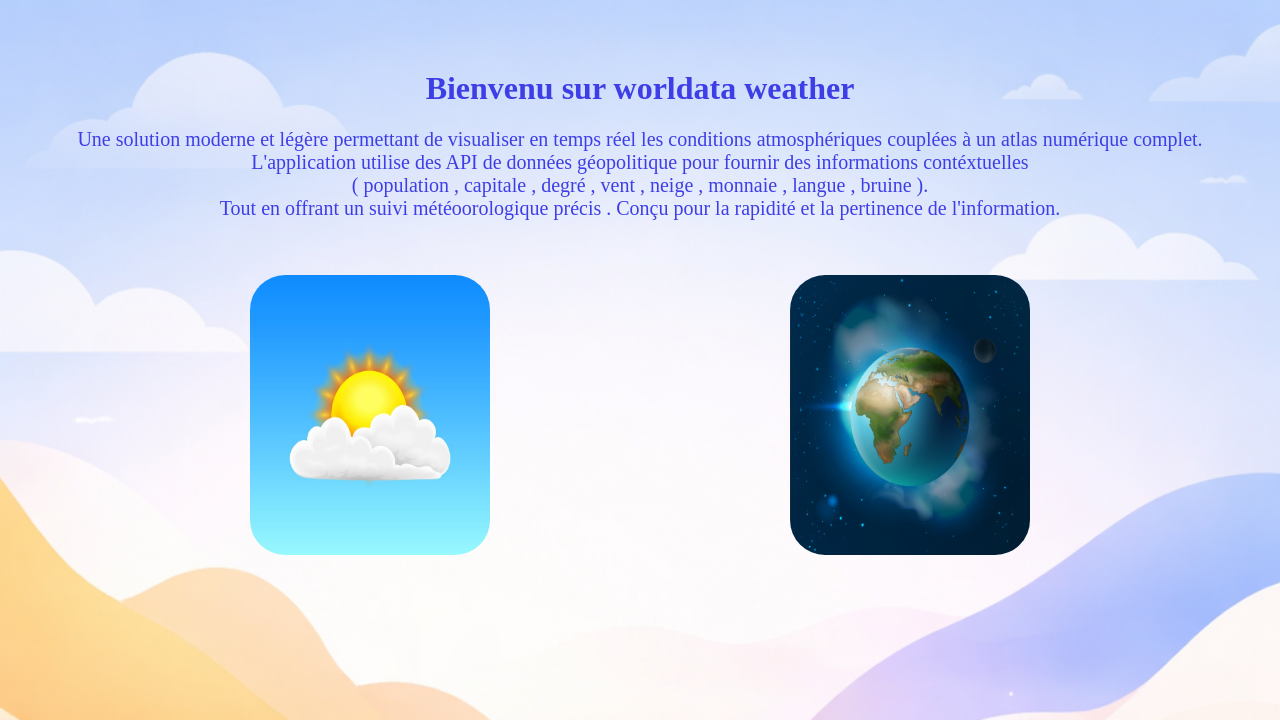
Repository: assanendao171/meteo
Page: index.html
An editor plug-in stored every save of this project. The page is shown before and after a run of saves, followed by the edit.
The browser window is 1280 px wide. The pictures show the whole page.

Above is the page before, as saved 2026-03-18 17:06:06.

### index.html
<!DOCTYPE html>
<html lang="en">
<head>
    <meta charset="UTF-8">
    <meta name="viewport" content="width=device-width, initial-scale=1.0">
    <title>Document</title>
    <link rel="stylesheet" href="style.css">
</head>
<body>
    <h1>Bienvenu sur worldata weather</h1>
    <p>Une solution moderne et légère permettant de visualiser en temps réel les conditions atmosphériques couplées à un atlas numérique
        complet. <br> L'application utilise des API de données géopolitique pour fournir des informations contéxtuelles <br>
        ( population , capitale , degré , vent , neige , monnaie , langue , bruine ). <br>
        Tout en offrant un suivi météoorologique précis . Conçu pour la rapidité et la  pertinence de l'information.
    </p>
    <div id="contain">
        <div id="img1">
            <img src="acceuil.jpg" alt="meteo">

        </div>
        <div id="ima2">
<img src="18966224.jpg" alt="la terre">

        </div>
    </div>
</body>
</html>

### style.css
body{
    background-image: url("fondacceuil.png");
    background-size: cover;
    background-repeat: no-repeat;
}
img{
    width: 240px;
    height: 280px;
    border-radius: 35px;
}
h1{
    text-align: center;
    color: rgb(62, 62, 230);
    font-size:2rem;
        margin-top: 70px;

}
#contain{
    display: flex;
    gap: 300px;
flex-direction: row;
justify-content: center;
align-items: center;
margin-top:55px
}
p{
        font-size: 20px;
    text-align: center;
    color: rgb(62, 62, 230);
}
#img1{
    width: ;
}

After the next 3 saves:
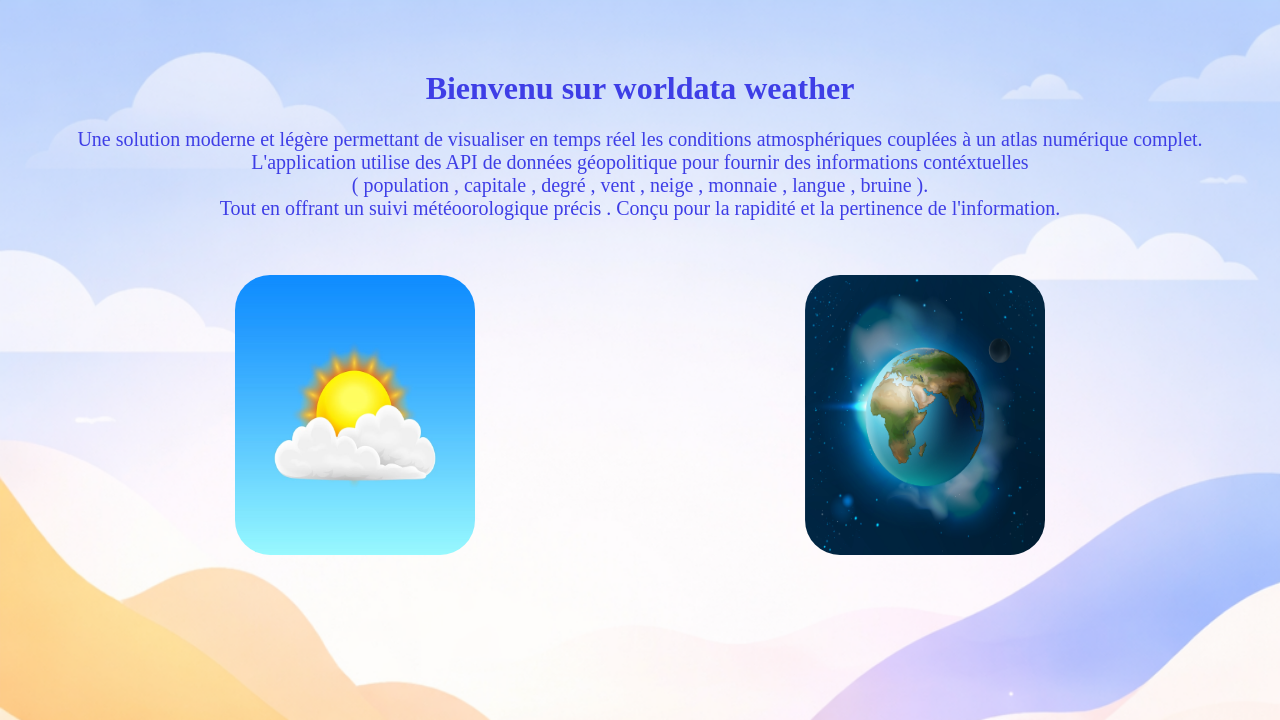
The 3 saves are shown as one change because they came seconds apart.
The last was saved 11 s later.
--- a/style.css
+++ b/style.css
@@ -29,5 +29,5 @@ p{
     color: rgb(62, 62, 230);
 }
 #img1{
-    width: ;
+    width: 270px;
 }
